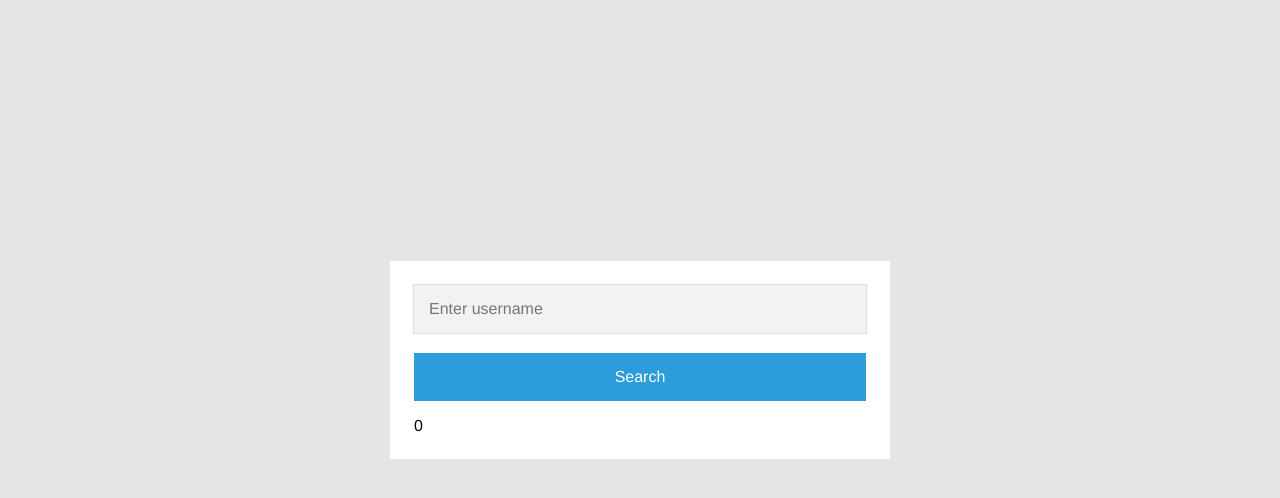
Repository: damianceglarz/ynd
Page: /
The author's editor kept a copy of each file at every save. The page is drawn from the files as they stood at one save, then again after the next save.
The browser window is 1280 px wide. The pictures show the whole page.
The project was rebuilt for these pictures with package versions that can differ from the ones it lists, and the page was loaded fresh each time. Also part of the build but not shown: src/modules/UserSearch/components/UserSearchWrapper/UserSearchList/UserSearchListResult/UserSearchResultTile/UserSearchR, src/modules/UserSearch/components/UserSearchWrapper/UserSearchList/UserSearchListResult/UserSearchListResult.tsx.

Above is the page before, as saved 2021-10-03 17:12:32.

After the next save:
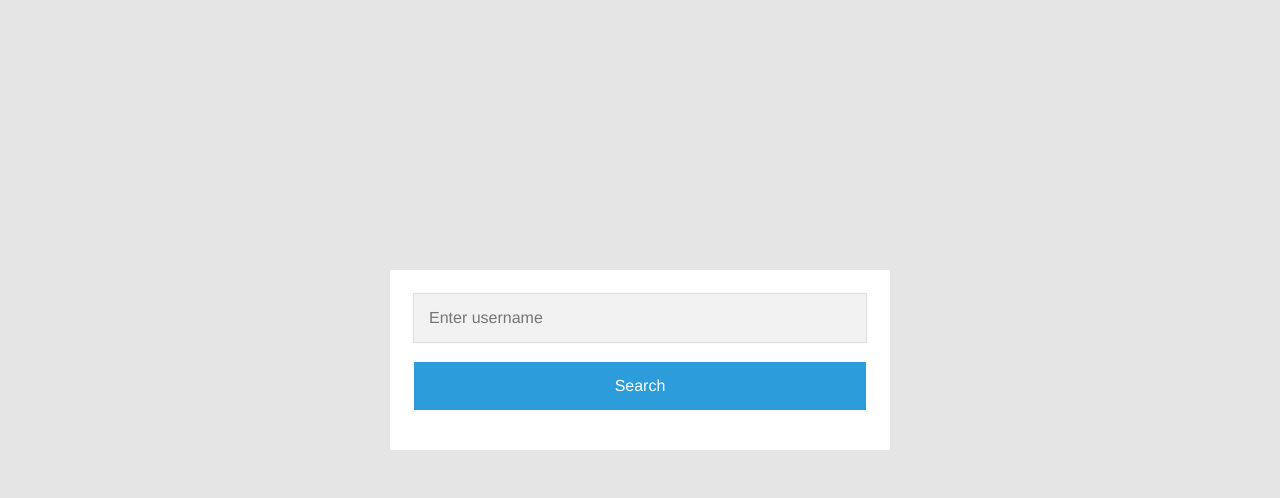
Saved 14 s later.
--- a/src/modules/UserSearch/components/UserSearchWrapper/UserSearchList/UserSearchList.tsx
+++ b/src/modules/UserSearch/components/UserSearchWrapper/UserSearchList/UserSearchList.tsx
@@ -15,7 +15,7 @@ const UserSearchList: React.FC = () => {
   return (
     <UserResults>
       {user.loading && "loading"}
-      {user.data.length && <UserSearchListResult />}
+      {user.data.length ? <UserSearchListResult /> : null}
     </UserResults>
   );
 };
